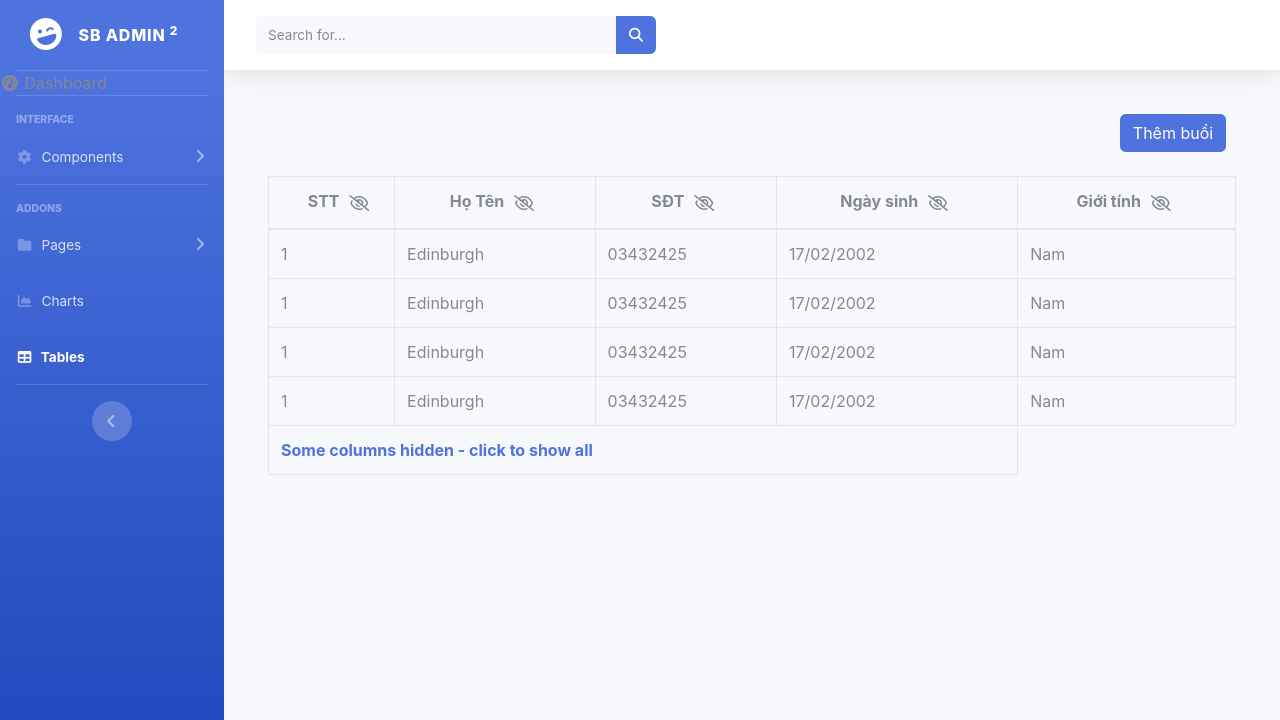
Repository: huyennvo/WebCiTEdu
Page: index.html
These files come from the project's save history. The page is drawn as it stood at one moment and after the next save; the edit follows.
The browser window is 1280 px wide. The pictures show the whole page.
Some web libraries are served in a nearby version.

Above is the page before, as saved 2022-07-30 09:40:01.

### index.html
<!DOCTYPE html>
<html lang="en">

<head>

    <meta charset="utf-8">
    <meta http-equiv="X-UA-Compatible" content="IE=edge">
    <meta name="viewport" content="width=device-width, initial-scale=1, shrink-to-fit=no">
    <meta name="description" content="">
    <meta name="author" content="">

    <title>CiT Edu</title>
    <link rel="stylesheet" href="https://cdn.jsdelivr.net/npm/bootstrap@4.6.1/dist/css/bootstrap.min.css">
    <script src="https://cdn.jsdelivr.net/npm/jquery@3.6.0/dist/jquery.slim.min.js"></script>
    <script src="https://cdn.jsdelivr.net/npm/popper.js@1.16.1/dist/umd/popper.min.js"></script>
    <script src="https://cdn.jsdelivr.net/npm/bootstrap@4.6.1/dist/js/bootstrap.bundle.min.js"></script>
    <script src="https://kit.fontawesome.com/1b99fd25e4.js" crossorigin="anonymous"></script>
</head>

<link href="vendor/fontawesome-free/css/all.min.css" rel="stylesheet" type="text/css">
<link href="./sb-admin-2.min.css" rel="stylesheet">
<style>
    /* body {
        padding: 15px;
    } */

    .table-hideable td,
    .table-hideable th {
        width: auto;
        transition: width .5s, margin .5s;
    }

    .btn-condensed.btn-condensed {
        padding: 0 5px;
        box-shadow: none;
    }
    /* use class to have a little animation */

    .hide-col {
        width: 0px !important;
        height: 0px !important;
        display: block !important;
        overflow: hidden !important;
        margin: 0 !important;
        padding: 0 !important;
        border: none !important;
    }
</style>

<!-- Custom styles for this template -->
<link href="css/sb-admin-2.min.css" rel="stylesheet">
<!--

<link href="http://maxcdn.bootstrapcdn.com/font-awesome/4.7.0/css/font-awesome.min.css" rel="stylesheet">
<link rel="stylesheet" href="css/buton.css">

<link rel="stylesheet" href="css/bootstrap.css">
<link rel="stylesheet" href="css/bootstrap.min.css">
<link rel="stylesheet" href="path/to/font-awesome/css/font-awesome.min.css">
<link href="https://cdn.jsdelivr.net/npm/bootstrap@5.2.0/dist/css/bootstrap.min.css" rel="stylesheet" integrity="sha384-gH2yIJqKdNHPEq0n4Mqa/HGKIhSkIHeL5AyhkYV8i59U5AR6csBvApHHNl/vI1Bx" crossorigin="anonymous" />
 -->

<!-- <link
href="https://cdn.jsdelivr.net/npm/bootstrap@5.2.0/dist/css/bootstrap.min.css"
rel="stylesheet"
integrity="sha384-gH2yIJqKdNHPEq0n4Mqa/HGKIhSkIHeL5AyhkYV8i59U5AR6csBvApHHNl/vI1Bx"
crossorigin="anonymous"
/> -->
<!-- <script
src="https://cdn.jsdelivr.net/npm/bootstrap@5.2.0/dist/js/bootstrap.bundle.min.js"
integrity="sha384-A3rJD856KowSb7dwlZdYEkO39Gagi7vIsF0jrRAoQmDKKtQBHUuLZ9AsSv4jD4Xa"
crossorigin="anonymous"
></script>  -->
<script src="./app.js"></script>
</head>

<body id="page-top">

    <!-- Page Wrapper -->
    <div id="wrapper">

        <!-- Sidebar -->
        <ul class="navbar-nav bg-gradient-primary sidebar sidebar-dark accordion" id="accordionSidebar">

            <!-- Sidebar - Brand -->
            <a class="sidebar-brand d-flex align-items-center justify-content-center" href="index.html">
                <div class="sidebar-brand-icon rotate-n-15">
                    <i class="fas fa-laugh-wink"></i>
                </div>
                <div class="sidebar-brand-text mx-3">SB Admin <sup>2</sup></div>
            </a>

            <!-- Divider -->
            <hr class="sidebar-divider my-0">

            <!-- Nav Item - Dashboard -->
            <li class="nav-item">
                <!-- <a class="nav-link" href="index.html"> -->
                <i class="fas fa-fw fa-tachometer-alt"></i>
                <span>Dashboard</span></a>
            </li>

            <!-- Divider -->
            <hr class="sidebar-divider">

            <!-- Heading -->
            <div class="sidebar-heading">
                Interface
            </div>

            <!-- Nav Item - Pages Collapse Menu -->
            <li class="nav-item">
                <a class="nav-link collapsed" href="#" data-toggle="collapse" data-target="#collapseTwo" aria-expanded="true" aria-controls="collapseTwo">
                    <i class="fas fa-fw fa-cog"></i>
                    <span>Components</span>
                </a>
            </li>

            <!-- Divider -->
            <hr class="sidebar-divider">

            <!-- Heading -->
            <div class="sidebar-heading">
                Addons
            </div>

            <!-- Nav Item - Pages Collapse Menu -->
            <li class="nav-item">
                <a class="nav-link collapsed" href="#" data-toggle="collapse" data-target="#collapsePages" aria-expanded="true" aria-controls="collapsePages">
                    <i class="fas fa-fw fa-folder"></i>
                    <span>Pages</span>
                </a>
            </li>

            <!-- Nav Item - Charts -->
            <li class="nav-item">
                <a class="nav-link" href="charts.html">
                    <i class="fas fa-fw fa-chart-area"></i>
                    <span>Charts</span></a>
            </li>

            <!-- Nav Item - Tables -->
            <li class="nav-item active">
                <a class="nav-link" href="tables.html">
                    <i class="fas fa-fw fa-table"></i>
                    <span>Tables</span></a>
            </li>

            <!-- Divider -->
            <hr class="sidebar-divider d-none d-md-block">

            <!-- Sidebar Toggler (Sidebar) -->
            <div class="text-center d-none d-md-inline">
                <button class="rounded-circle border-0" id="sidebarToggle"></button>
            </div>

        </ul>
        <!-- End of Sidebar -->

        <!-- Content Wrapper -->
        <div id="content-wrapper" class="d-flex flex-column">

            <!-- Main Content -->
            <div id="content">

                <!-- Topbar -->
                <nav class="navbar navbar-expand navbar-light bg-white topbar mb-4 static-top shadow">

                    <!-- Sidebar Toggle (Topbar) -->
                    <form class="form-inline">
                        <button id="sidebarToggleTop" class="btn btn-link d-md-none rounded-circle mr-3">
              <i class="fa fa-bars"></i>
            </button>
                    </form>

                    <!-- Topbar Search -->
                    <form class="d-none d-sm-inline-block form-inline mr-auto ml-md-3 my-2 my-md-0 mw-100 navbar-search">
                        <div class="input-group">
                            <input type="text" class="form-control bg-light border-0 small" placeholder="Search for..." aria-label="Search" aria-describedby="basic-addon2">
                            <div class="input-group-append">
                                <button class="btn btn-primary" type="button">
                  <i class="fas fa-search fa-sm"></i>
                </button>
                            </div>
                        </div>
                    </form>
                </nav>
                <!-- End of Topbar -->
                <!-- Begin Page Content -->
                <div class="container-fluid">
                    <div class="card-body">

                        <div class="table-responsive">
                            <button style="display: flex; position: relative;
                            left: 88%;" id="insertCol" class="btn btn-primary">Thêm buổi</button>
                            <br>
                            <table class="table table-bordered" id="dataTable" width="100%" cellspacing="0">
                                <thead style="text-align: center;">
                                    <tr id="row1">
                                        <th>
                                            STT
                                            <button style="max-width: 0.1px;" class="pull-right btn btn-default btn-condensed hide-column" data-toggle="tooltip" data-placement="bottom" title="Ẩn cột">
          <i class="fa fa-eye-slash"></i>
        </button>
                                        </th>

                                        <th>
                                            Họ Tên
                                            <button class="pull-right btn btn-default btn-condensed hide-column" data-toggle="tooltip" data-placement="bottom" title="Ẩn cột">
          <i class="fa fa-eye-slash"></i>
        </button>
                                        </th class="hide-col">
                                        <th>
                                            SĐT
                                            <button class="pull-right btn btn-default btn-condensed hide-column" data-toggle="tooltip" data-placement="bottom" title="Ẩn cột">
          <i class="fa fa-eye-slash"></i>
        </button>
                                        </th>

                                        <th>
                                           Ngày sinh
                                            <button class="pull-right btn btn-default btn-condensed hide-column" data-toggle="tooltip" data-placement="bottom" title="Ẩn cột">
          <i class="fa fa-eye-slash"></i>
        </button>
                                       </th>
                                        </th class="hide-col">
                                        <th>
                                            Giới tính
                                            <button class="pull-right btn btn-default btn-condensed hide-column" data-toggle="tooltip" data-placement="bottom" title="Ẩn cột">
          <i class="fa fa-eye-slash"></i>
        </button>
                                        </th>

                                    </tr>
                                </thead>
                                <tbody id="myTable">


                                    <tr id="row2">
                                        <td style="max-width: 0.1px;">1</td>
                                        <td>Edinburgh</td>
                                        <td>03432425</td>
                                        <td>17/02/2002</td>
                                        <td>Nam</td>
                                    </tr>
                                    <tr id="row3">
                                        <td style="max-width: 0.1px;">1</td>
                                        <td>Edinburgh</td>
                                        <td>03432425</td>
                                        <td>17/02/2002</td>
                                        <td>Nam</td>
                                    </tr>
                                    <tr id="row4">
                                        <td style="max-width: 0.1px;">1</td>
                                        <td>Edinburgh</td>
                                        <td>03432425</td>
                                        <td>17/02/2002</td>
                                        <td>Nam</td>
                                    </tr>
                                    <tr id="row5">
                                        <td style="max-width: 0.1px;">1</td>
                                        <td>Edinburgh</td>
                                        <td>03432425</td>
                                        <td>17/02/2002</td>
                                        <td>Nam</td>
                                    </tr>

                                </tbody>
                                <tfoot class="footer-restore-columns">
                                    <tr>
                                        <th colspan="4"><a class="restore-columns" href="#">Some columns hidden - click to show all</a></th>
                                    </tr>
                                </tfoot>
                            </table>
                        </div>
                    </div>
                </div>

            </div>
            <!-- /.container-fluid -->
        </div>
        <!-- End of Main Content -->

    </div>
    <!-- End of Content Wrapper -->

    </div>
    <!-- End of Page Wrapper -->

    <!-- Scroll to Top Button-->
    <!-- Button trigger modal -->


    <!-- Modal -->

    <div class="modal fade" id="exampleModal" tabindex="-1" aria-labelledby="exampleModalLabel" aria-hidden="true">
        <div class="modal-dialog">
            <div class="modal-content">
                <div class="modal-header">
                    <h5 class="modal-title" id="exampleModalLabel">Thông tin buổi học</h5>
                    <button type="button" class="close" data-dismiss="modal" aria-label="Close">
            <span aria-hidden="true">&times;</span>
          </button>
                </div>
                <div class="modal-body">
                    <form id="formInput-add">
                        <div class="form-group row">
                            <label class="col-md-3" for="inputName">Chủ nhiệm</label>
                            <input type="text" class="col-md-9 form-control" id="inputName" name="name" aria-describedby="emailHelp" placeholder="Tên chủ nhiệm" />
                        </div>
                        <div class="form-group row">
                            <label class="col-md-3" for="inputPrice">Trợ giảng</label>
                            <input type="" name="price" class="col-md-9 form-control" id="inputPrice" placeholder="Tên trợ giảng" />
                        </div>
                        <div class="form-group row">
                            <label class="col-md-3" for="inputDescription">Giảng viên</label>
                            <input type="" name="description" class="col-md-9 form-control" id="inputDescription" placeholder="Tên giảng viên" />
                        </div>
                        <div class="form-group row">
                            <label class="col-md-3" for="inputQuantity">Nội dung buổi học</label>

                            <input type="" name="product_site" class="col-md-9 form-control" id="inputProductSite" placeholder="" />
                            <!-- <textarea id="w3review" name="w3review" rows="4" cols="50"></textarea> -->
                        </div>
                        <div class="form-group row">
                            <label class="col-md-3" for="inputProductSite">Nhận xét</label>
                            <textarea type="" name="quantity" class="col-md-9 form-control" id="inputQuantity" placeholder=""></textarea>
                        </div>
                        <div class="modal-footer">
                            <button type="button" class="btn btn-primary">Lưu</button>
                            <button type="button" class="btn btn-secondary" data-dismiss="modal">Đóng</button>
                        </div>
                </div>
            </div>
        </div>
    </div>

</body>

</html>

### app.js
$(document).ready(function () {
  // $('#dataTable').on('click', '#select-all', function(){
  //    let a =$(this).className;
  //     console.log(a);
  //   // if ($(this).hasClass('allChecked')) {
      // $('input:checkbox[id^=a][type="checkbox"]').prop('checked', false);
  //   // } else {
  //   //   $('input:checkbox[id^=a][type="checkbox"]').prop('checked', true);
  //   // }
  //   // $(this).toggleClass('allChecked');
  // });
  // $("checkBox[id='checkbox1']")
  // $('#select-all2').click(function () {
  //   if ($(this).hasClass('allChecked')) {
  //     $('input:checkbox[id^="checkBox2"][type="checkbox"]').prop('checked', false);
  //   } else {
  //     $('input:checkbox[id^="checkBox2"][type="checkbox"]').prop('checked', true);
  //   }
  //   $(this).toggleClass('allChecked');
  // });
 // on init
 $(".table-hideable .hide-col").each(HideColumnIndex);

 // on click
 $('.hide-column').click(HideColumnIndex)

 function HideColumnIndex() {
     var $el = $(this);
     var $cell = $el.closest('th,td')
     var $table = $cell.closest('table')

     // get cell location - https://stackoverflow.com/a/4999018/1366033
     var colIndex = $cell[0].cellIndex + 1;
     // find and hide col index
     $table.find("tbody tr, thead tr")
         .children(":nth-child(" + colIndex + ")")
         .addClass('hide-col')

     // show restore footer
     $table.find(".footer-restore-columns").show()
 }

 // restore columns footer
 $(".restore-columns").click(function(e) {
     var $table = $(this).closest('table')
     $table.find(".footer-restore-columns").hide()
     $table.find("th, td")
         .removeClass('hide-col');

 })

 $('[data-toggle="tooltip"]').tooltip({
     trigger: 'hover'
 })

 let stt = 1;
 $("#insertCol").click(function(){
  let html1 = "";

  html1 +=`<th>Buổi ${stt} <button style="border: 0; background-color: #F8F9FC" data-stt="${stt}" class="checkBox${stt} select-all"><i
    class="fa-solid fa-check-double" style="color:green;"  data-toggle="tooltip" data-placement="right" title="Chọn tất cả"></i></button><br><button type="button"
    class="btn" data-toggle="modal" data-target="#exampleModal">
    Thêm
    </button>  <button class="pull-right btn btn-default btn-condensed hide-column" data-toggle="tooltip" data-placement="bottom" title="Hide Column">
    <i class="fa fa-eye-slash"></i>
    </button> </th>`;
    $("#row1").append(html1);
    for(let i = 0; i < 5; i++) {
      $(`#row${i + 2}`).append(`<td><input type="checkbox" id="checkBox${stt}" name="name" value="name">
      <select name="cars" id="cars" >
        <option value="saab" selected></option>
          <option value="saab" >Có phép</option>
          <option value="opel">Không phép</option>
          <option value="audi">Đi muộn</option>
        </select>
      </td>`);


    }


  // on init
 $(".table-hideable .hide-col").each(HideColumnIndex);

 // on click
 $('.hide-column').click(HideColumnIndex)

 function HideColumnIndex() {
     var $el = $(this);
     var $cell = $el.closest('th,td')
     var $table = $cell.closest('table')

     // get cell location - https://stackoverflow.com/a/4999018/1366033
     var colIndex = $cell[0].cellIndex + 1;
     // find and hide col index
     $table.find("tbody tr, thead tr")
         .children(":nth-child(" + colIndex + ")")
         .addClass('hide-col')

     // show restore footer
     $table.find(".footer-restore-columns").show()
 }

 // restore columns footer
 $(".restore-columns").click(function(e) {
     var $table = $(this).closest('table')
     $table.find(".footer-restore-columns").hide()
     $table.find("th, td")
         .removeClass('hide-col');

 })

 $('[data-toggle="tooltip"]').tooltip({
     trigger: 'hover'
 })
 $('.select-all').click(function () {
  let sttt = $(this).attr("data-stt");
  console.log(sttt);
  if ($(this).hasClass('allChecked')) {
    $(`input:checkbox[id^="checkBox${sttt}"][type="checkbox"]`).prop('checked', false);
  } else {
    $(`input:checkbox[id^="checkBox${sttt}"][type="checkbox"]`).prop('checked', true);
  }
  $(this).toggleClass('allChecked');
})
 stt++;
});




});

Loaded but not shown: sb-admin-2.min.css (library)

After the next save:
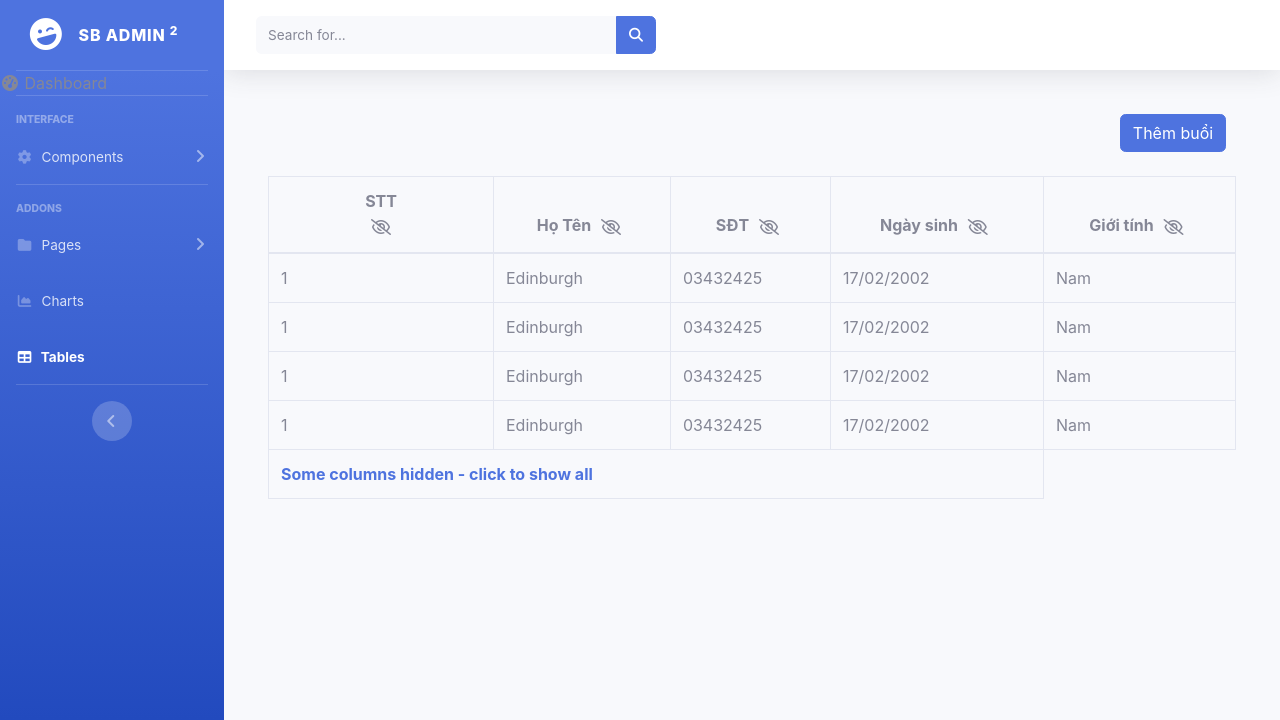
Saved 4 min 22 s later.
--- a/index.html
+++ b/index.html
@@ -199,7 +199,7 @@ crossorigin="anonymous"
                                     <tr id="row1">
                                         <th>
                                             STT
-                                            <button style="max-width: 0.1px;" class="pull-right btn btn-default btn-condensed hide-column" data-toggle="tooltip" data-placement="bottom" title="Ẩn cột">
+                                            <button style="width:200px" class="pull-right btn btn-default btn-condensed hide-column" data-toggle="tooltip" data-placement="bottom" title="Ẩn cột">
           <i class="fa fa-eye-slash"></i>
         </button>
                                         </th>
@@ -237,28 +237,28 @@ crossorigin="anonymous"
 
 
                                     <tr id="row2">
-                                        <td style="max-width: 0.1px;">1</td>
+                                        <td style="width:200px">1</td>
                                         <td>Edinburgh</td>
                                         <td>03432425</td>
                                         <td>17/02/2002</td>
                                         <td>Nam</td>
                                     </tr>
                                     <tr id="row3">
-                                        <td style="max-width: 0.1px;">1</td>
+                                        <td style="width:200px">1</td>
                                         <td>Edinburgh</td>
                                         <td>03432425</td>
                                         <td>17/02/2002</td>
                                         <td>Nam</td>
                                     </tr>
                                     <tr id="row4">
-                                        <td style="max-width: 0.1px;">1</td>
+                                        <td style="width:200px">1</td>
                                         <td>Edinburgh</td>
                                         <td>03432425</td>
                                         <td>17/02/2002</td>
                                         <td>Nam</td>
                                     </tr>
                                     <tr id="row5">
-                                        <td style="max-width: 0.1px;">1</td>
+                                        <td style="width:200px">1</td>
                                         <td>Edinburgh</td>
                                         <td>03432425</td>
                                         <td>17/02/2002</td>
